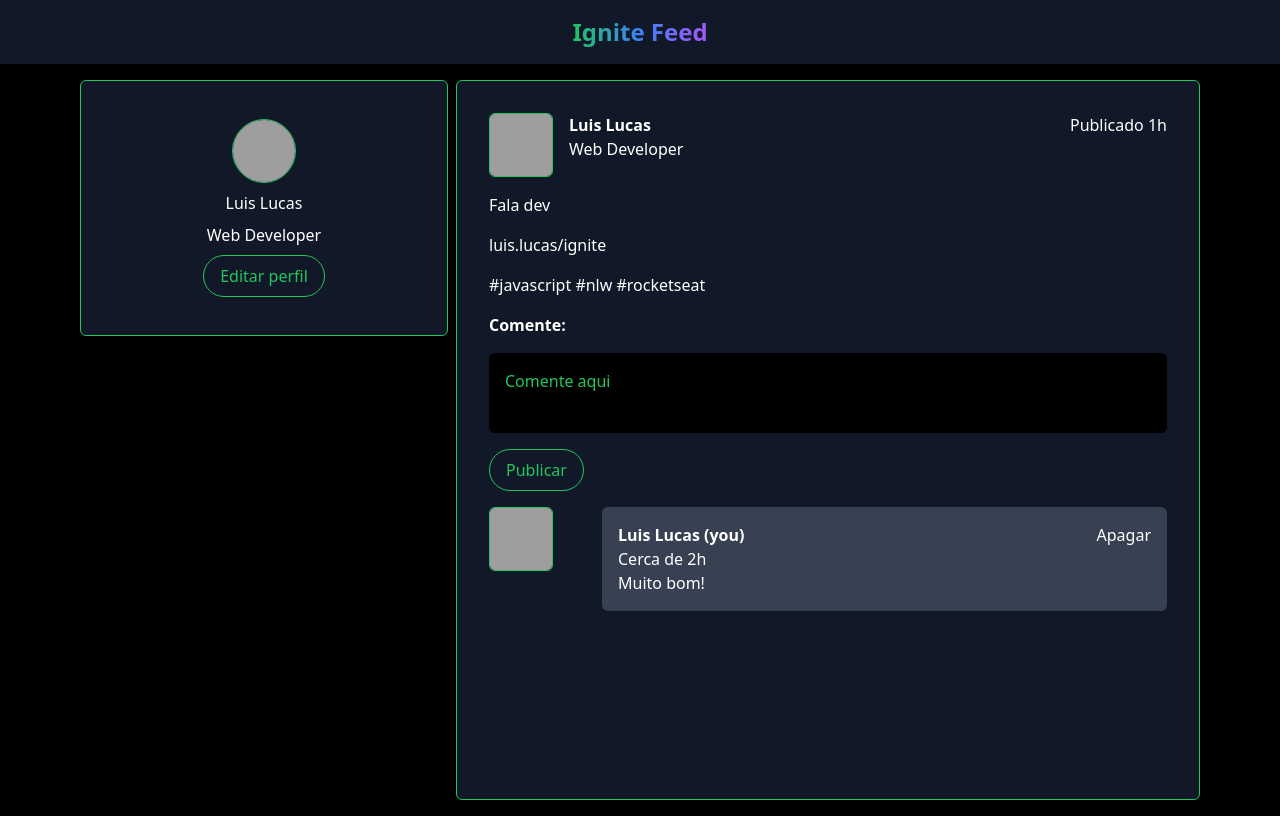
Repository: LuisSempre/ignite-feed
Page: /
An editor plug-in stored every save of this project. The page is shown before and after the next save, followed by the edit.
The browser window is 1280 px wide. The pictures show the whole page.
Pictures or frames that could not be fetched are drawn as grey boxes. The project was rebuilt for these pictures with package versions that can differ from the ones it lists, and the page was loaded fresh each time. Also part of the build but not shown: vite.config.js.

Above is the page before, as saved 2022-07-14 21:40:35.

After the next save:
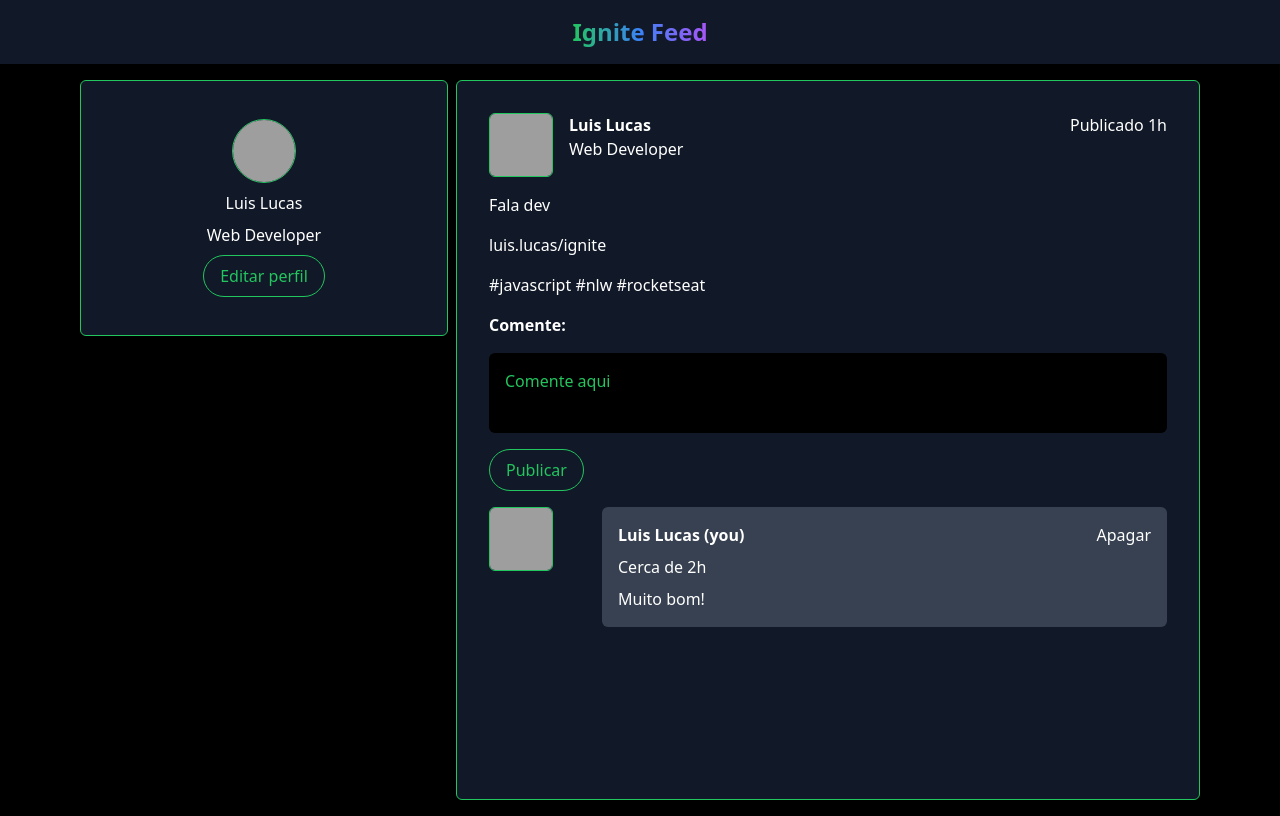
Saved 43 s later.
--- a/src/Components/Comment.jsx
+++ b/src/Components/Comment.jsx
@@ -11,7 +11,7 @@
       <div className="col-span-5 p-4 bg-gray-700 rounded-md">
         <div className="flex justify-between">
           <div className="flex gap-4">
-            <div className="flex flex-col">
+            <div className="flex flex-col space-y-2">
               <strong>Luis Lucas (you) </strong>
               <span>Cerca de 2h</span>
               <p>Muito bom!</p>

After the save that followed:
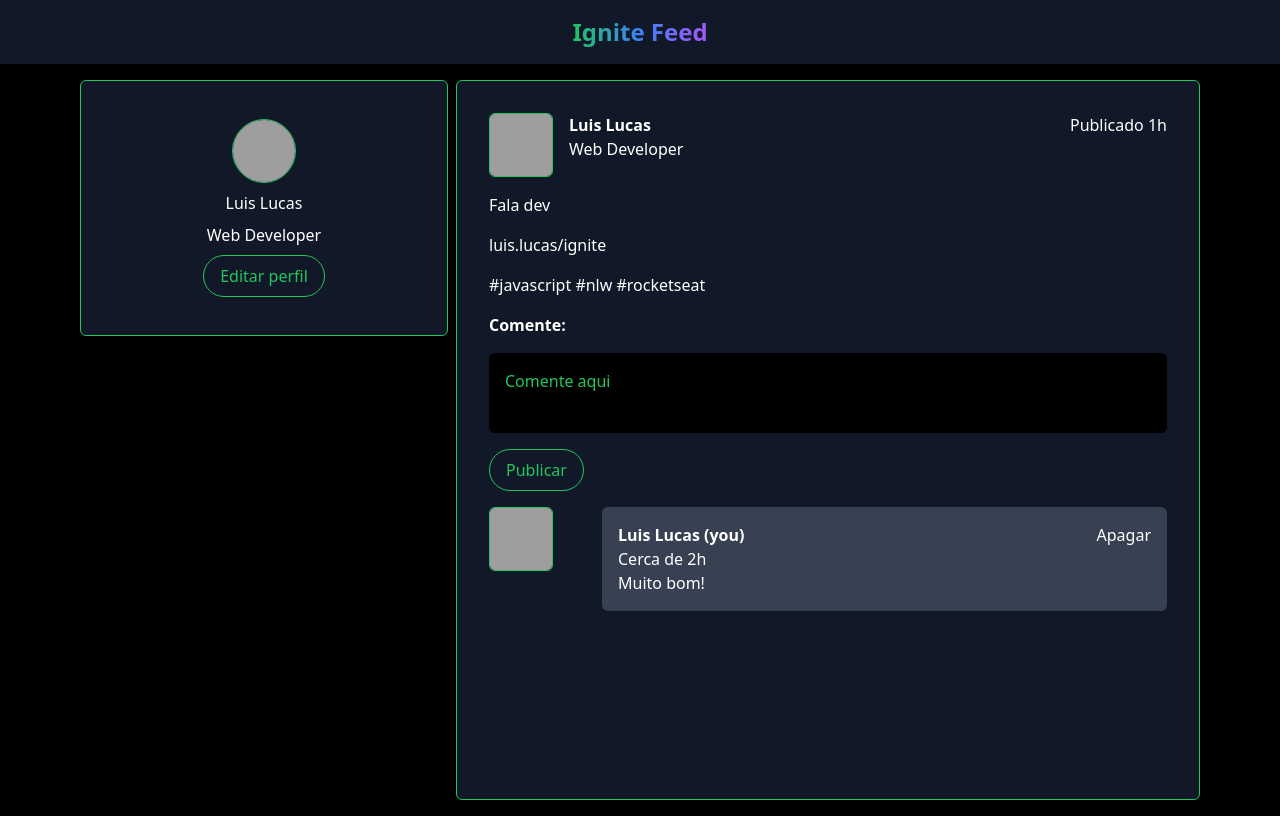
Saved 8 s later.
--- a/src/Components/Comment.jsx
+++ b/src/Components/Comment.jsx
@@ -11,7 +11,7 @@
       <div className="col-span-5 p-4 bg-gray-700 rounded-md">
         <div className="flex justify-between">
           <div className="flex gap-4">
-            <div className="flex flex-col space-y-2">
+            <div className="flex flex-col">
               <strong>Luis Lucas (you) </strong>
               <span>Cerca de 2h</span>
               <p>Muito bom!</p>
